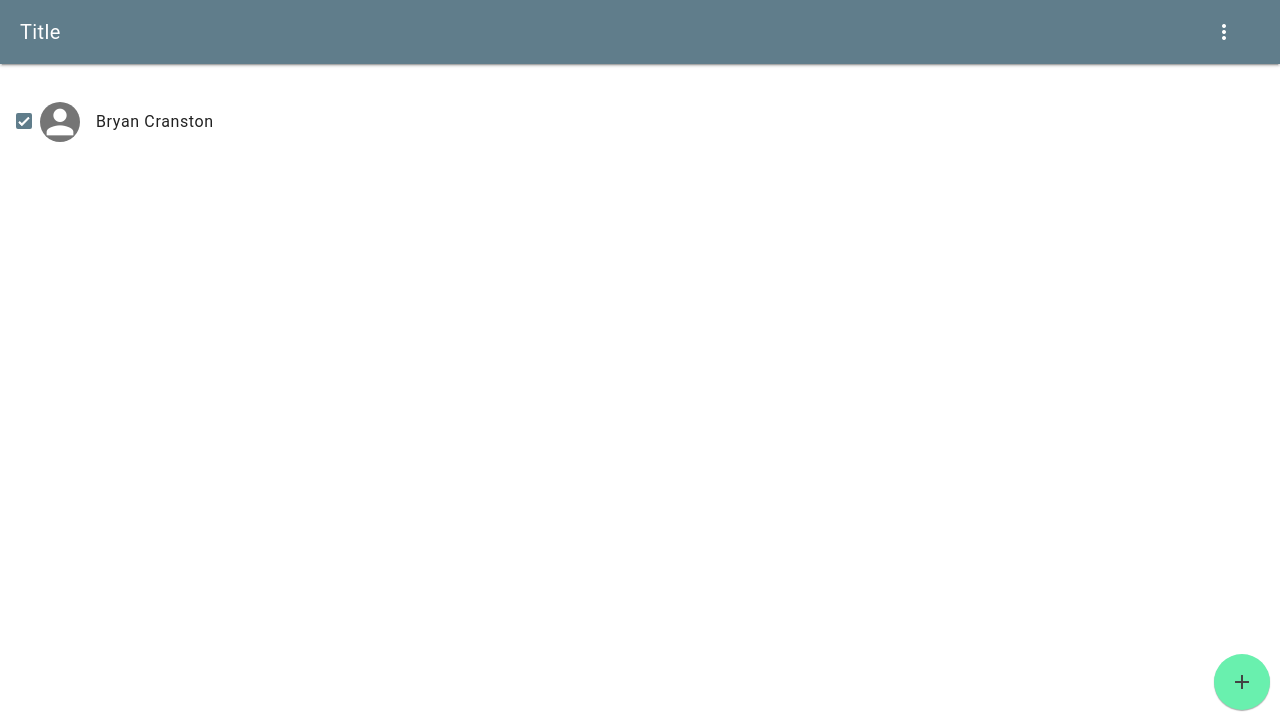
Repository: robertods/robertods.github.io
Page: my-pwa/mockups/main.html
The author's editor kept a copy of each file at every save. The page is drawn from the files as they stood at one save, then again after the next save.
The browser window is 1280 px wide. The pictures show the whole page.

Above is the page before, as saved 2022-04-25 20:54:11.

After the next save:
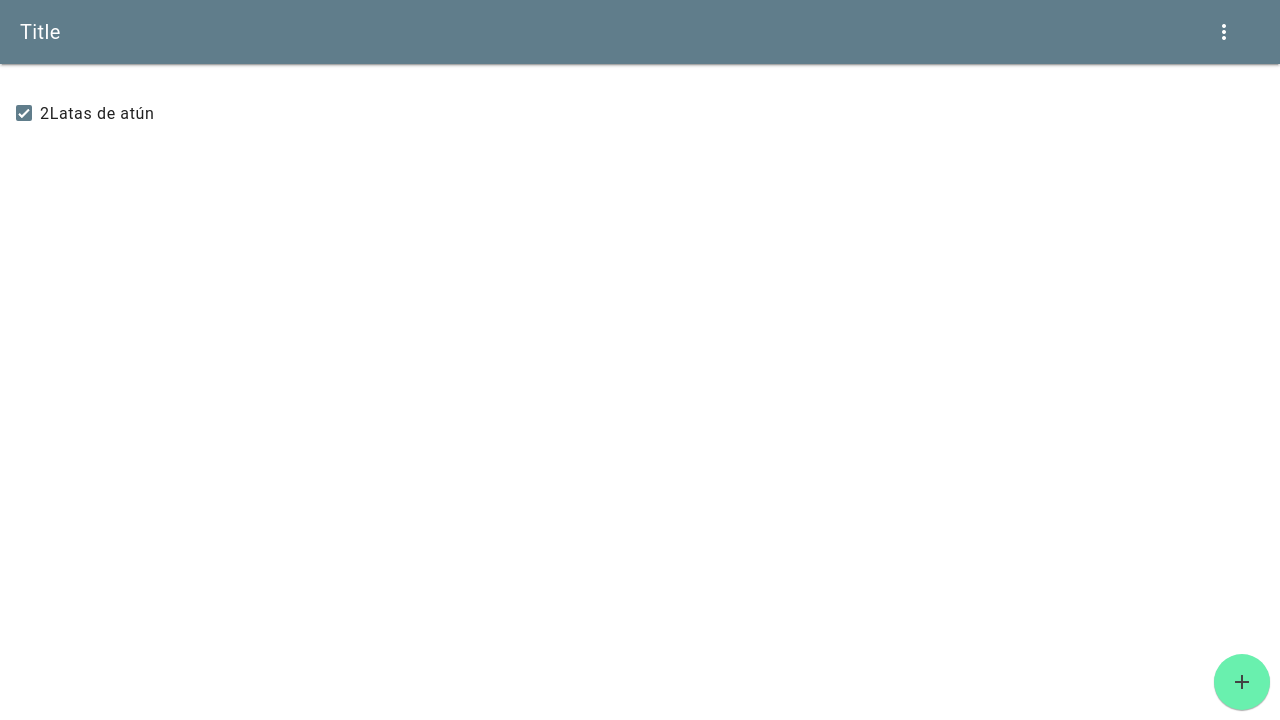
Saved 32 s later.
--- a/my-pwa/mockups/main.html
+++ b/my-pwa/mockups/main.html
@@ -49,8 +49,8 @@
               </label>
             </span>
             <span class="mdl-list__item-primary-content">
-              <i class="material-icons  mdl-list__item-avatar">person</i>
-              Bryan Cranston
+              <span>2</span>
+              Latas de atún
             </span>
           </li>
 
